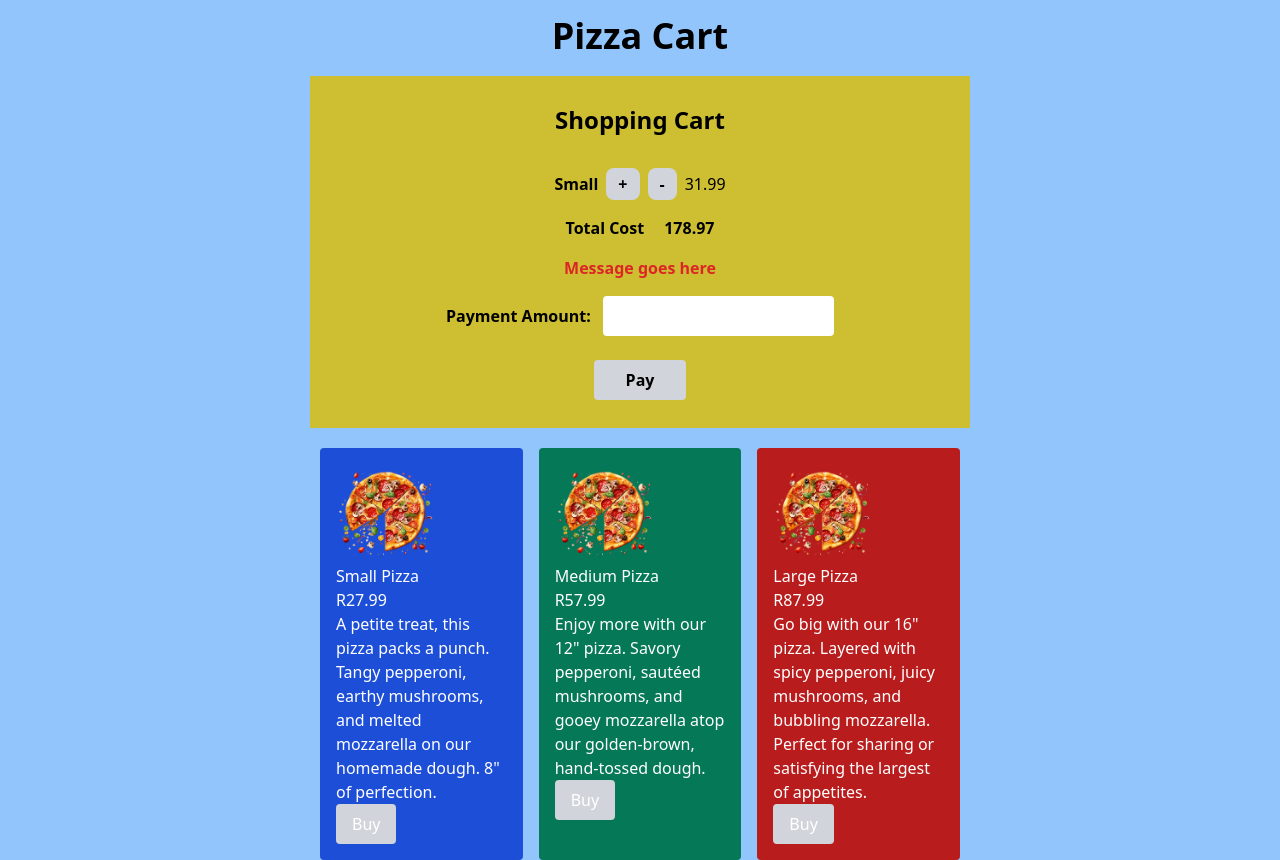
Repository: lasity34/pizza_cart
Page: index.html
These files come from the project's save history. The page is drawn as it stood at one moment and after the next save; the edit follows.
The browser window is 1280 px wide. The pictures show the whole page.
Some web libraries are served in a nearby version.

Above is the page before, as saved 2023-07-11 09:38:43.

After the next save:
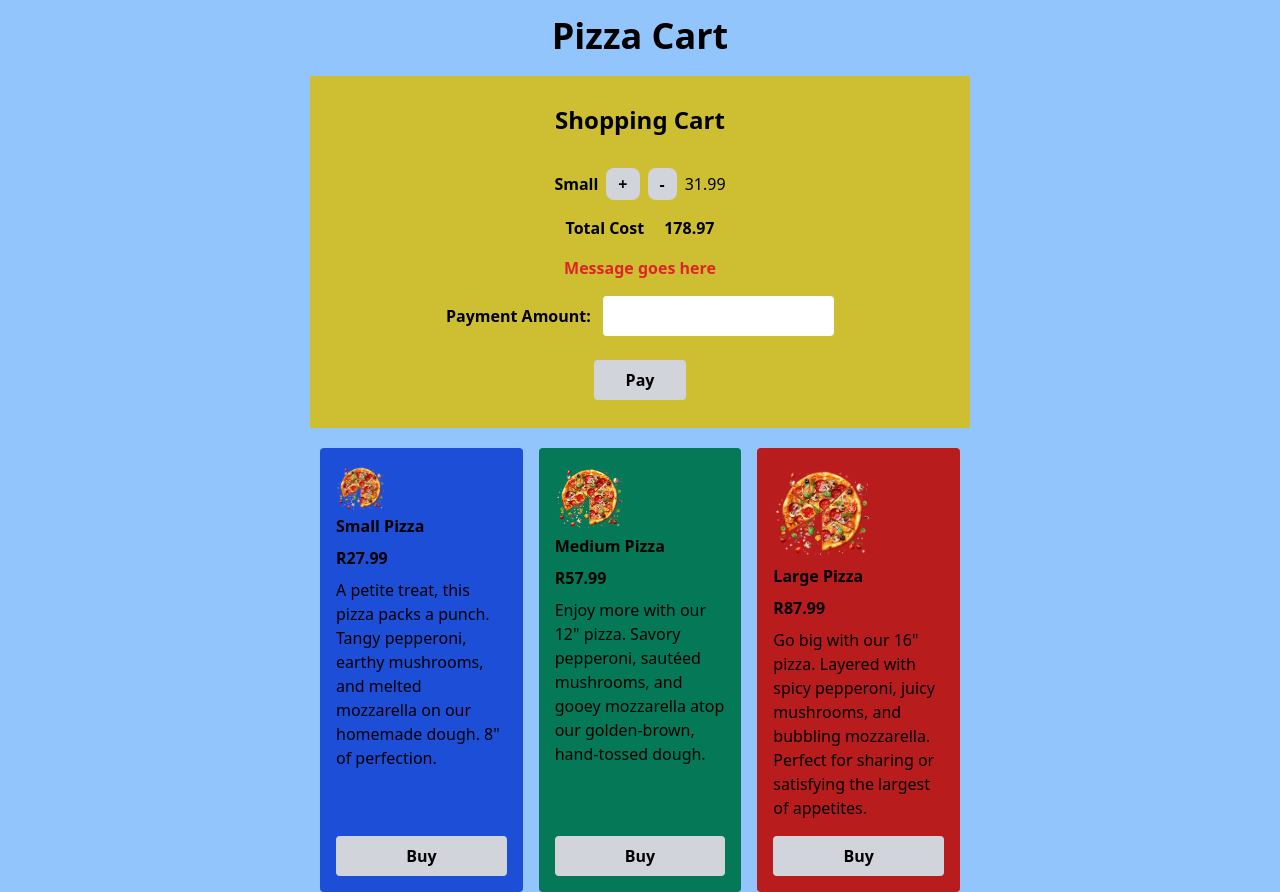
Saved 35 s later.
--- a/index.html
+++ b/index.html
@@ -56,36 +56,45 @@
     </section>
     <section class="pizza_columns">
         <div class="flex justify-around gap-4 max-w-screen-sm mx-auto">
-            <div class="pizza_sm bg-blue-700 rounded p-4 w-64 text-white">
-              <img src="./pizza.png" width="100" />
-              <h3>Small Pizza</h3>
-              <h3>R27.99</h3>
-              <p>
-                A petite treat, this pizza packs a punch. Tangy pepperoni, earthy
-                mushrooms, and melted mozzarella on our homemade dough. 8" of
-                perfection.
-              </p>
-              <button class="bg-gray-300 py-2 px-4 rounded">Buy</button>
+            <div class="pizza_sm bg-blue-700 rounded p-4 w-64 flex flex-col justify-between">
+              <div>
+                <img src="./pizza.png" width="50" />
+                <h3 class="text-black mb-2 font-bold">Small Pizza</h3>
+                <h3 class="text-black mb-2 font-bold">R27.99</h3>
+                <p class="text-black mb-4">
+                  A petite treat, this pizza packs a punch. Tangy pepperoni, earthy
+                  mushrooms, and melted mozzarella on our homemade dough. 8" of
+                  perfection.
+                </p>
+              </div>
+              <button class="bg-gray-300 py-2 px-4 rounded font-bold">Buy</button>
             </div>
-            <div class="pizza_md bg-green-700 rounded p-4 w-64 text-white">
-              <img src="./pizza.png" width="100" />
-              <h3>Medium Pizza</h3>
-              <h3>R57.99</h3>
-              <p>
-                Enjoy more with our 12" pizza. Savory pepperoni, sautéed mushrooms, and gooey mozzarella atop our golden-brown, hand-tossed dough.
-              </p>
-              <button class="bg-gray-300 py-2 px-4 rounded">Buy</button>
+            <div class="pizza_md bg-green-700 rounded p-4 w-64 flex flex-col justify-between">
+              <div>
+                <img src="./pizza.png" width="70" />
+                <h3 class="text-black mb-2 font-bold">Medium Pizza</h3>
+                <h3 class="text-black mb-2 font-bold">R57.99</h3>
+                <p class="text-black mb-4">
+                  Enjoy more with our 12" pizza. Savory pepperoni, sautéed mushrooms, and gooey mozzarella atop our golden-brown, hand-tossed dough.
+                </p>
+              </div>
+              <button class="bg-gray-300 py-2 px-4 rounded font-bold">Buy</button>
             </div>
-            <div class="pizza_lg bg-red-700 rounded p-4 w-64 text-white">
-              <img src="./pizza.png" width="100" />
-              <h3>Large Pizza</h3>
-              <h3>R87.99</h3>
-              <p>
-                Go big with our 16" pizza. Layered with spicy pepperoni, juicy mushrooms, and bubbling mozzarella. Perfect for sharing or satisfying the largest of appetites.
-              </p>
-              <button class="bg-gray-300 py-2 px-4 rounded">Buy</button>
+            <div class="pizza_lg bg-red-700 rounded p-4 w-64 flex flex-col justify-between">
+              <div>
+                <img src="./pizza.png" width="100" />
+                <h3 class="text-black mb-2 font-bold">Large Pizza</h3>
+                <h3 class="text-black mb-2 font-bold">R87.99</h3>
+                <p class="text-black mb-4">
+                  Go big with our 16" pizza. Layered with spicy pepperoni, juicy mushrooms, and bubbling mozzarella. Perfect for sharing or satisfying the largest of appetites.
+                </p>
+              </div>
+              <button class="bg-gray-300 py-2 px-4 rounded font-bold">Buy</button>
             </div>
           </div>
+
+
+
 
 
     </section>
